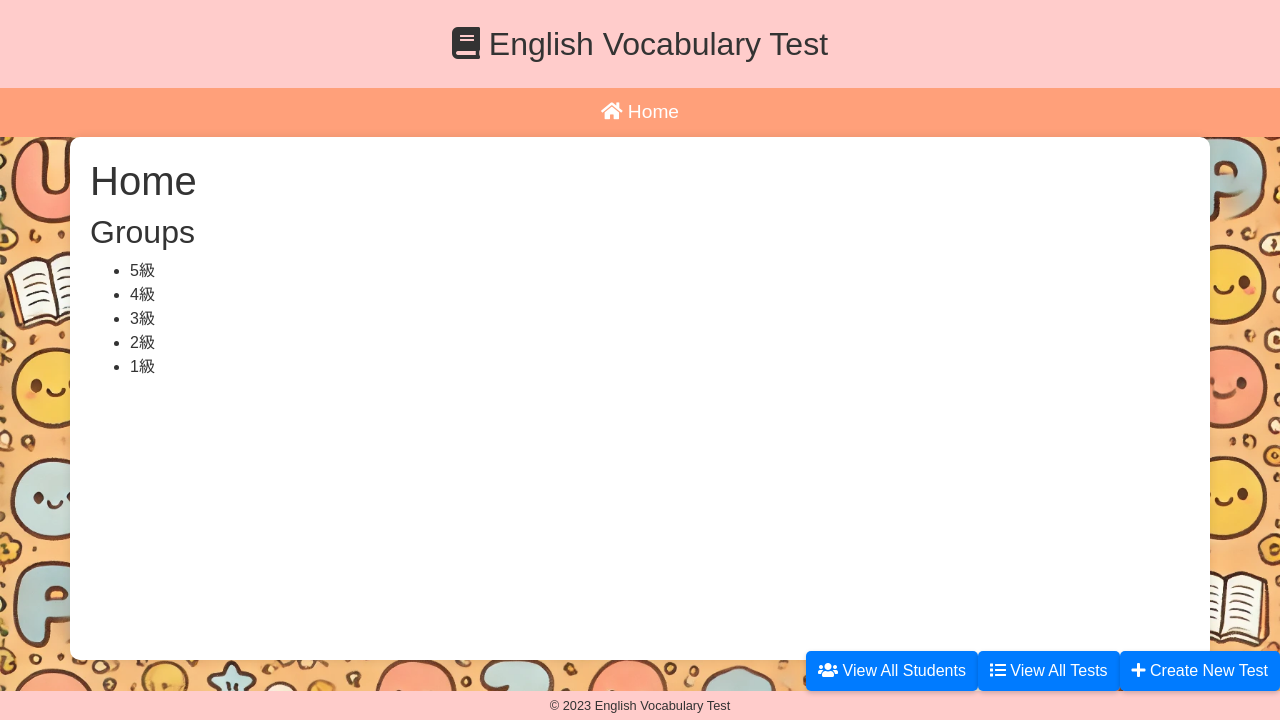
Repository: YamatoGH/testapp
Page: http://localhost/
These files come from the project's save history. The page is drawn as it stood at one moment and after the next save; the edit follows.
The browser window is 1280 px wide. The pictures show the whole page.
The page is served by the project's application, run on Django 5.2 (manage.py). Other server files are loaded and not shown. The page reads the database file committed with the project.

Above is the page before, as saved 2024-08-01 17:46:32.

### testapp/templates/testapp/home.html
{% extends "testapp/base.html" %}

{% block title %}Home{% endblock %}

{% block content %}
<h1>Home</h1>

{% if groups %}
    <h2>Groups</h2>
    <ul>
        {% for group in groups %}
            <li>{{ group.name }}</li>
        {% endfor %}
    </ul>
{% else %}
    <p>No groups available.</p>
{% endif %}

<div class="fixed-buttons">
    <a href="/students/" class="btn btn-custom view-all-students-button"><i class="fas fa-users"></i> View All Students</a>
    <a href="/all-tests/" class="btn btn-custom all-tests-button"><i class="fas fa-list"></i> View All Tests</a>
    <a href="/create-test-from-file/" class="btn btn-custom create-test-button"><i class="fas fa-plus"></i> Create New Test</a>
</div>
{% endblock %}

### testapp/templates/testapp/base.html
<!DOCTYPE html>
<html>
<head>
    {% load static %}
    <title>{% block title %}English Vocabulary Test{% endblock %}</title>
    <link rel="stylesheet" href="https://stackpath.bootstrapcdn.com/bootstrap/4.3.1/css/bootstrap.min.css">
    <link rel="stylesheet" href="https://cdnjs.cloudflare.com/ajax/libs/font-awesome/5.15.3/css/all.min.css">
    <link rel="stylesheet" type="text/css" href="{% static 'testapp/css/style.css' %}">
</head>
<body>
    <header>
        <i class="fas fa-book"></i> English Vocabulary Test
    </header>
    <nav>
        <a href="{% url 'home' %}"><i class="fas fa-home"></i> Home</a>
    </nav>
    <div class="container">
        {% block content %}{% endblock %}
    </div>
    <footer>
        &copy; 2023 English Vocabulary Test
    </footer>
</body>
<script>
    document.addEventListener("DOMContentLoaded", function() {
        var coll = document.getElementsByClassName("collapsible");
        for (var i = 0; i < coll.length; i++) {
            coll[i].addEventListener("click", function() {
                this.classList.toggle("active");
                var content = this.nextElementSibling;
                if (content.style.display === "block") {
                    content.style.display = "none";
                } else {
                    content.style.display = "block";
                }
            });
        }
    });
</script>
</html>

### testapp/models.py
from django.db import models

class Group(models.Model):
    name = models.CharField(max_length=100)

    def __str__(self):
        return self.name

class Test(models.Model):
    name = models.CharField(max_length=100)
    group = models.ForeignKey(Group, on_delete=models.CASCADE, related_name='tests', null=True)

    def __str__(self):
        return self.name

class Word(models.Model):
    test = models.ForeignKey(Test, related_name='words', on_delete=models.CASCADE)
    word = models.CharField(max_length=100)
    meaning = models.CharField(max_length=255)

class Student(models.Model):
    name = models.CharField(max_length=100)
    test_group = models.ForeignKey('Group', on_delete=models.SET_NULL, null=True, blank=True)
    current_test = models.ForeignKey('Test', on_delete=models.SET_NULL, null=True, blank=True)
    start_index = models.IntegerField(default=0)
    last_index = models.IntegerField(default=0)
    last_saved = models.DateTimeField(auto_now=True)
    note = models.TextField(blank=True, null=True)
    shuffle = models.CharField(max_length=3, choices=[('yes', 'Yes'), ('no', 'No')], default='no')

    def __str__(self):
        return self.name

### testapp/views.py
import pandas as pd
from django.shortcuts import render, get_object_or_404, redirect
from django.contrib import messages
from .models import Test, Word, Student, Group
from .forms import TestForm, WordForm, StudentDetailForm, UploadFileForm
import random
from django.forms import formset_factory

def home(request):
    groups = Group.objects.all()
    return render(request, 'testapp/home.html', {'groups': groups})
def create_test_from_file(request):
    if request.method == 'POST':
        form = TestForm(request.POST, request.FILES)
        upload_form = UploadFileForm(request.POST, request.FILES)
        if form.is_valid() and upload_form.is_valid():
            test_name = form.cleaned_data['name']
            group = form.cleaned_data['group']
            file = request.FILES['file']
            if file.name.endswith('.csv'):
                data = pd.read_csv(file)
            elif file.name.endswith('.xlsx'):
                data = pd.read_excel(file)
            else:
                messages.error(request, "Unsupported file format")
                return redirect('create_test_from_file')

            test = Test.objects.create(name=test_name, group=group)

            for _, row in data.iterrows():
                Word.objects.create(test=test, word=row['word'], meaning=row['meaning'])

            messages.success(request, "Test created successfully")
            return redirect('test_detail', pk=test.id)
    else:
        form = TestForm()
        upload_form = UploadFileForm()

    return render(request, 'testapp/create_test_from_file.html', {'form': form, 'upload_form': upload_form})
def test_detail(request, pk):
    test = get_object_or_404(Test, pk=pk)
    words = test.words.all()
    return render(request, 'testapp/test_detail.html', {'test': test, 'words': words})

def all_tests(request):
    tests = Test.objects.all()
    return render(request, 'testapp/all_tests.html', {'tests': tests})

def print_test(request, pk, start_index, end_index, shuffle):
    test = get_object_or_404(Test, pk=pk)
    words = list(test.words.all())
    if shuffle == 'yes':
        random.shuffle(words)
    words = words[start_index:end_index]
    return render(request, 'testapp/print_test.html', {'test': test, 'words': words})

def print_test_with_answers(request, pk, start_index, end_index, shuffle):
    test = get_object_or_404(Test, pk=pk)
    words = list(test.words.all())
    if shuffle == 'yes':
        random.shuffle(words)
    words = words[start_index:end_index]
    return render(request, 'testapp/print_test_with_answers.html', {'test': test, 'words': words})

def add_student(request):
    if request.method == 'POST':
        form = StudentDetailForm(request.POST)
        if form.is_valid():
            form.save()
            return redirect('student_list')
        else:
            messages.error(request, "Form is not valid")
    else:
        form = StudentDetailForm()
    return render(request, 'testapp/add_student.html', {'form': form})

def student_list(request):
    students = Student.objects.all()
    return render(request, 'testapp/student_list.html', {'students': students})

def student_detail(request, pk):
    student = get_object_or_404(Student, pk=pk)
    if request.method == 'POST':
        form = StudentDetailForm(request.POST, instance=student)
        if form.is_valid():
            form.save()
            messages.success(request, '保存に成功しました。')
            if 'print' in request.POST:
                return redirect('print_test', pk=student.current_test.pk, start_index=form.cleaned_data['start_index'], end_index=form.cleaned_data['last_index'], shuffle=form.cleaned_data['shuffle'])
            else:
                return redirect('student_detail', pk=student.pk)
        else:
            messages.error(request, "Form is not valid")
            print(form.errors)  # デバッグ用
    else:
        form = StudentDetailForm(instance=student)

    return render(request, 'testapp/student_detail.html', {'form': form, 'student': student})

def group_tests(request, pk):
    group = get_object_or_404(Group, pk=pk)
    tests = group.tests.all()
    return render(request, 'testapp/group_tests.html', {'group': group, 'tests': tests})

### vocab_test/urls.py
"""
URL configuration for vocab_test project.

The `urlpatterns` list routes URLs to views. For more information please see:
    https://docs.djangoproject.com/en/5.0/topics/http/urls/
Examples:
Function views
    1. Add an import:  from my_app import views
    2. Add a URL to urlpatterns:  path('', views.home, name='home')
Class-based views
    1. Add an import:  from other_app.views import Home
    2. Add a URL to urlpatterns:  path('', Home.as_view(), name='home')
Including another URLconf
    1. Import the include() function: from django.urls import include, path
    2. Add a URL to urlpatterns:  path('blog/', include('blog.urls'))
"""
from django.contrib import admin
from django.urls import include, path
from django.conf import settings
from django.conf.urls.static import static

urlpatterns = [
    path('admin/', admin.site.urls),
    path('', include('testapp.urls')),
]+ static(settings.MEDIA_URL, document_root=settings.MEDIA_ROOT)

### testapp/urls.py
from django.urls import path
from . import views

urlpatterns = [
    path('', views.home, name='home'),
    path('create-test-from-file/', views.create_test_from_file, name='create_test_from_file'),
    path('test/<int:pk>/', views.test_detail, name='test_detail'),
    path('all-tests/', views.all_tests, name='all_tests'),
    path('print-test/<int:pk>/<int:start_index>/<int:end_index>/<str:shuffle>/', views.print_test, name='print_test'),
    path('print-test-with-answers/<int:pk>/<int:start_index>/<int:end_index>/<str:shuffle>/', views.print_test_with_answers, name='print_test_with_answers'),
    path('add-student/', views.add_student, name='add_student'),
    path('students/', views.student_list, name='student_list'),
    path('students/<int:pk>/', views.student_detail, name='student_detail'),
    path('group-tests/<int:pk>/', views.group_tests, name='group_tests'),
]

### testapp/static/testapp/css/style.css
body {
    font-family: 'Comic Sans MS', cursive, sans-serif;
    background-color: #f0f8ff;
    color: #333;
    margin: 0;
    padding: 0;
    background-image: url('/static/testapp/images/background.jpg');
    background-size: cover;
    background-repeat: no-repeat;
    background-attachment: fixed;
    display: flex;
    flex-direction: column;
    min-height: 100vh;
}

header {
    background-color: #ffcccb;
    padding: 20px;
    text-align: center;
    font-size: 2em;
    color: #333;
}

nav {
    background-color: #ffa07a;
    padding: 10px;
    text-align: center;
}

nav a {
    margin: 0 15px;
    color: #fff;
    text-decoration: none;
    font-size: 1.2em;
}

nav a:hover {
    text-decoration: underline;
}

.container {
    flex: 1;
    padding: 20px;
    background-color: rgba(255, 255, 255, 1.0);
    border-radius: 10px;
    box-shadow: 0 0 10px rgba(0, 0, 0, 0.1);
    margin-bottom: 60px;
}

footer {
    background-color: #ffcccb;
    padding: 5px;
    text-align: center;
    font-size: 0.8em;
    position: fixed;
    width: 100%;
    bottom: 0;
}

form .btn-save {
    background-color: #28a745 !important;
    color: white !important;
    padding: 10px 20px !important;
    border: none !important;
    text-align: center !important;
    text-decoration: none !important;
    display: inline-block !important;
    font-size: 16px !important;
    margin: 4px 2px !important;
    transition-duration: 0.4s !important;
    cursor: pointer !important;
}

form .btn-save:hover {
    background-color: white !important;
    color: black !important;
    border: 2px solid #28a745 !important;
}

form .btn-print {
    background-color: #87CEEB !important;
    color: white !important;
    padding: 10px 20px !important;
    border: none !important;
    text-align: center !important;
    text-decoration: none !important;
    display: inline-block !important;
    font-size: 16px !important;
    margin: 4px 2px !important;
    transition-duration: 0.4s !important;
    cursor: pointer !important;
}

form .btn-print:hover {
    background-color: white !important;
    color: black !important;
    border: 2px solid #87CEEB !important;
}

.btn-custom {
    background-color: #ffa07a !important;
    color: white !important;
    padding: 8px 12px !important;
    border: none !important;
    text-align: center !important;
    text-decoration: none !important;
    display: inline-block !important;
    font-size: 16px !important;
    margin: 0 !important;
    transition-duration: 0.4s !important;
    cursor: pointer !important;
    border-radius: 0.25rem !important; /* Bootstrapのデフォルトと一致させる */
}

.btn-custom:hover {
    background-color: white !important;
    color: black !important;
    border: 2px solid #ffa07a !important;
}


.collapsible {
    cursor: pointer;
    padding: 10px;
    width: 100%;
    border: none;
    text-align: center;
    outline: none;
    font-size: 1em;
}

.active, .collapsible:hover {
    background-color: #ddd;
}

.collapsible-content {
    display: none;
    overflow: hidden;
    padding: 0 10px;
}

.fixed-buttons {
    position: fixed !important;
    bottom: 29px !important;
    right: 0px !important;
    display: flex !important;
    flex-direction: row !important;
    gap: 0 !important;
    align-items: center !important;
    z-index: 1000 !important;
    padding: 0 !important;
}

.fixed-buttons .btn-custom {
    background-color: #007bff !important;
    color: white !important;
    padding: 8px 12px !important;
    border-radius: 5px !important;
    text-decoration: none !important;
    box-shadow: 0 2px 5px rgba(0,0,0,0.2) !important;
    transition: background-color 0.3s ease !important;
}

.fixed-buttons .btn-custom:hover {
    background-color: #0056b3 !important;
}

.view-all-students-button,
.all-tests-button,
.create-test-button {
    margin: 0 !important;
}

.form-group {
    display: flex !important;
    align-items: center !important;
}

.form-group button,
.form-group .btn-custom {
    margin-left: 10px !important;
}

.note-field {
    width: 100%;
    max-width: 400px; /* 必要に応じて調整 */
    height: 50px;
}

.alert {
    position: fixed;
    bottom: 5px;
    left: 50%;
    transform: translateX(-50%);
    background-color: #28a745;
    color: white;
    padding: 10px 20px;
    border-radius: 5px;
    box-shadow: 0 2px 5px rgba(0, 0, 0, 0.2);
    z-index: 1000;
    transition: opacity 0.5s ease-out, display 0.5s ease-out;
}

.btn-create {
    background-color: #28a745; /* Green color */
    border: none;
    color: white;
    padding: 10px 20px;
    text-align: center;
    text-decoration: none;
    display: inline-block;
    font-size: 16px;
    margin: 4px 2px;
    transition-duration: 0.4s;
    cursor: pointer;
}

.btn-create:hover {
    background-color: #218838; /* Darker green */
    color: white;
    border: 2px solid #218838;
}

.btn-add-words {
    background-color: #007bff; /* Light blue color */
    border: none;
    color: white;
    padding: 10px 20px;
    text-align: center;
    text-decoration: none;
    display: inline-block;
    font-size: 16px;
    margin: 4px 2px;
    transition-duration: 0.4s;
    cursor: pointer;
}

.btn-add-words:hover {
    background-color: #0056b3; /* Darker blue */
    color: white;
    border: 2px solid #0056b3;
}

### db.sqlite3 (the tables this page reads, as SQL)
CREATE TABLE "testapp_group" ("id" integer NOT NULL PRIMARY KEY AUTOINCREMENT, "name" varchar(100) NOT NULL);
INSERT INTO "testapp_group" VALUES
(3, '5級'),
(5, '4級'),
(6, '3級'),
(7, '2級'),
(8, '1級');

After the next save:
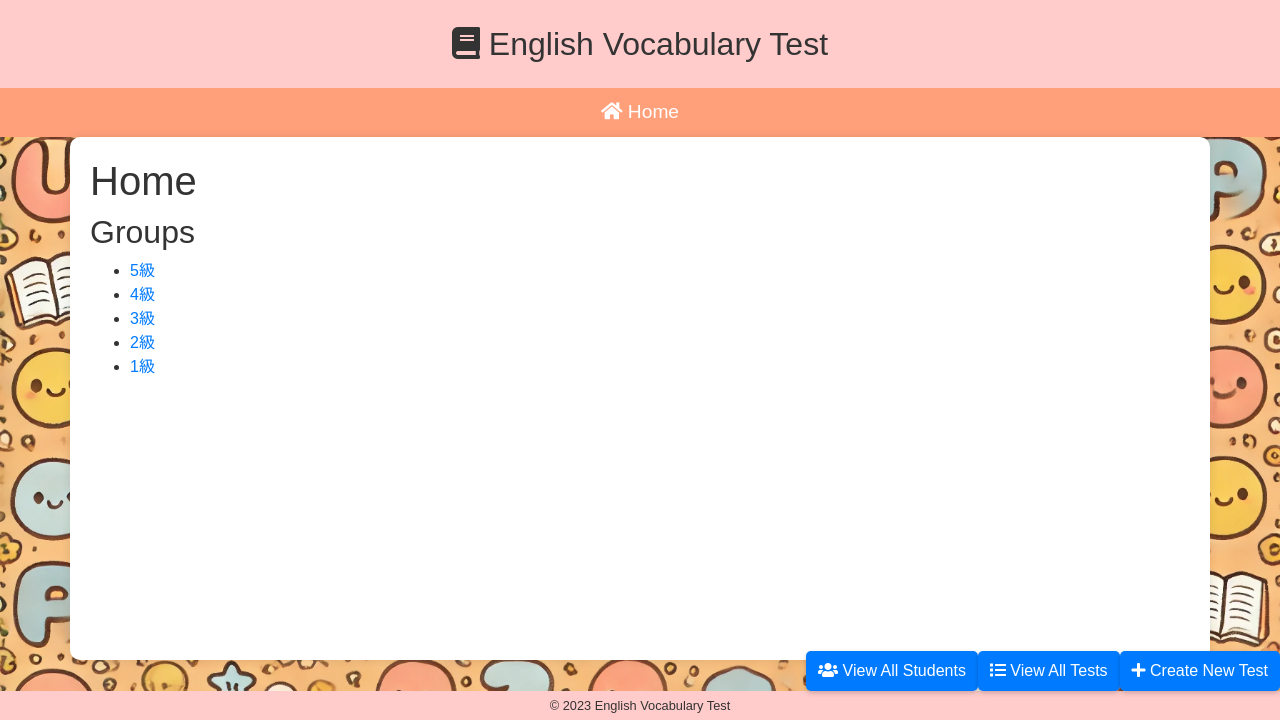
Saved 4 min 50 s later.
--- a/testapp/templates/testapp/home.html
+++ b/testapp/templates/testapp/home.html
@@ -9,7 +9,7 @@
     <h2>Groups</h2>
     <ul>
         {% for group in groups %}
-            <li>{{ group.name }}</li>
+            <li><a href="{% url 'group_tests' group.pk %}">{{ group.name }}</a></li>
         {% endfor %}
     </ul>
 {% else %}
